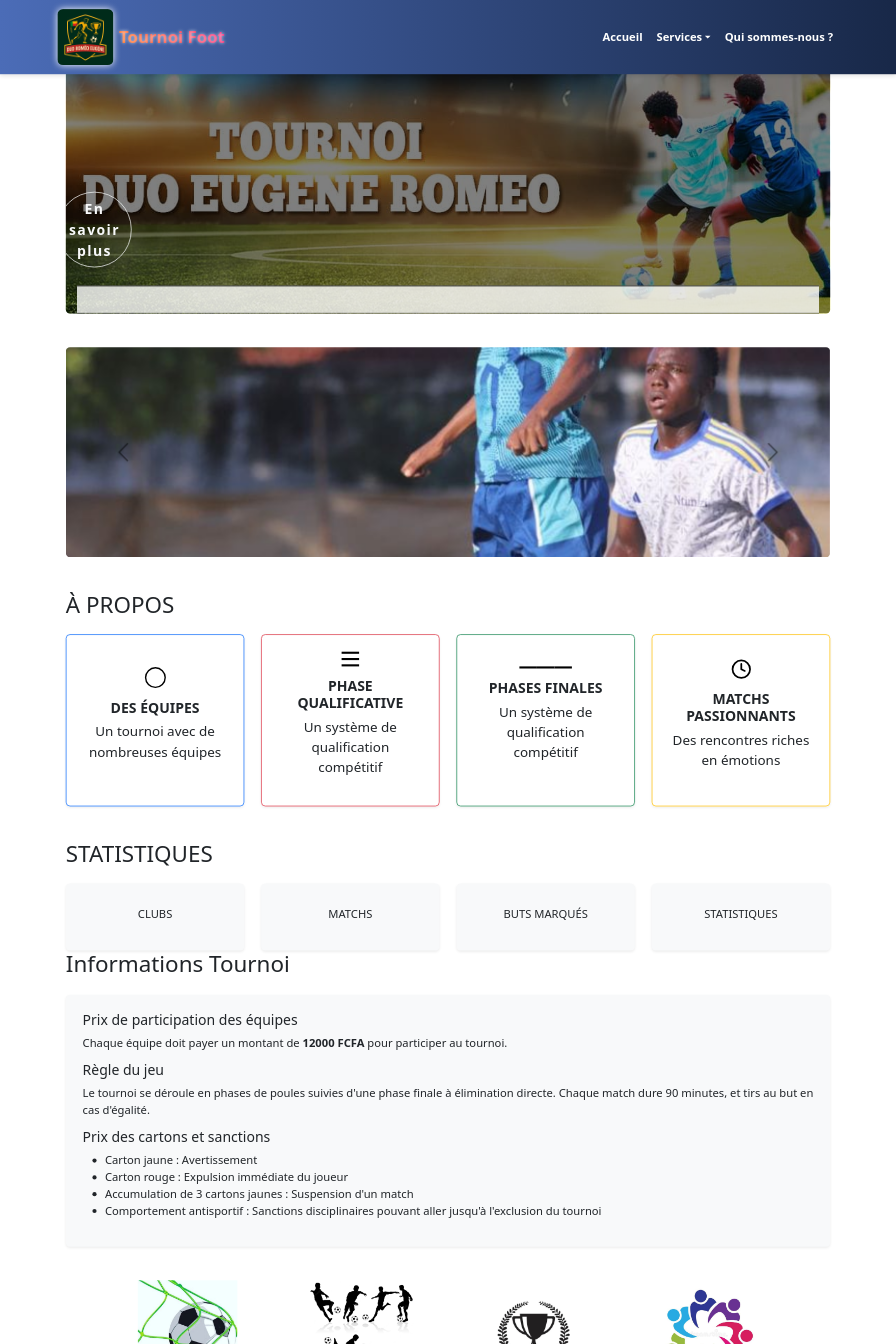
Repository: KILAYOSSI/tournoi_foot
Page: templates/pages/home.html.twig
An editor plug-in stored every save of this project. The page is shown before and after the next save, followed by the edit.
The browser window is 1280 px wide. The pictures show the part of the page from y = 0 to 1920 px (the page is 2731 px tall before and 2170 px after), at 70% of full size.
The page is a Twig template of a Symfony application; nobody is signed in and links lead nowhere. The template is opened directly, without the code that normally fills it, so the values that code supplies are empty.

Above is the page before, as saved 2025-06-27 00:40:57.

### templates/pages/home.html.twig
{% extends 'base.html.twig' %}

{% block title %}Accueil - Tournoi de Football Inter-Village{% endblock %}

{% block body %}
<div class="container my-5">
    <section class="hero-section position-relative rounded overflow-hidden mb-5" style="height: 400px; border-radius: 0.5rem; background: url('{{ asset('assets/WhatsApp Image 2025-06-25 à 09.55.04_cf4f687a.jpg') }}') center center / cover no-repeat;">
        <div class="overlay position-absolute top-0 start-0 w-100 h-100" style="background: rgba(0, 0, 0, 0.5);"></div>
<div class="hero-content position-relative h-100 d-flex flex-column justify-content-end align-items-center text-white text-center px-3">
    <a href="{{ path('about') }}" class="btn btn-outline-light btn-lg rounded-pill" style="font-weight: 700; letter-spacing: 0.1em; margin-right: 1010px; margin-top: -10px; margin-bottom: 10px;">En savoir plus</a>
    <div class="ticker-container mt-3 w-100" style="position: relative; background-color: rgba(255, 255, 255, 0.8); height: 40px; margin-top: 10px;">
        <div class="ticker-text">
            Le prix de participation du tournoi est de 12000 FCFA. &nbsp;&nbsp;&nbsp;
            Chaque équipe doit respecter les règles du jeu. &nbsp;&nbsp;&nbsp;
            Les matchs durent 90 minutes avec prolongations si nécessaire. &nbsp;&nbsp;&nbsp;
            Les cartons jaunes et rouges sont strictement appliqués. &nbsp;&nbsp;&nbsp;
            Le fair-play est essentiel pour le bon déroulement du tournoi. &nbsp;&nbsp;&nbsp;
        </div>
    </div>
</div>
    </section>

    <div id="carouselImages" class="carousel slide image-below-header rounded overflow-hidden mb-5" data-bs-ride="carousel" data-bs-interval="3000" style="height: 300px; overflow: hidden; border-radius: 0.5rem;">
        <div class="carousel-inner" style="height: 300px;">
            <div class="carousel-item active" style="height: 300px;">
                <img src="{{ asset('/assets/WhatsApp Image 2025-06-24 à 20.09.41_6bca5883.jpg') }}" class="d-block w-100" alt="Image 1" style="object-fit: cover; height: 300px;">
            </div>
            <div class="carousel-item" style="height: 300px;">
                <img src="{{ asset('/assets/WhatsApp Image 2025-06-02 à 13.04.59_20d5f18b.jpg') }}" class="d-block w-100" alt="Image 2" style="object-fit: cover; height: 300px;">
            </div>
            <div class="carousel-item" style="height: 300px;">
                <img src="{{ asset('/assets/WhatsApp Image 2025-06-02 à 13.04.59_9823f334.jpg') }}" class="d-block w-100" alt="Image 3" style="object-fit: cover; height: 300px;">
            </div>
        </div>
        <button class="carousel-control-prev" type="button" data-bs-target="#carouselImages" data-bs-slide="prev" style="filter: invert(1);">
            <span class="carousel-control-prev-icon" aria-hidden="true"></span>
            <span class="visually-hidden">Précédent</span>
        </button>
        <button class="carousel-control-next" type="button" data-bs-target="#carouselImages" data-bs-slide="next" style="filter: invert(1);">
            <span class="carousel-control-next-icon" aria-hidden="true"></span>
            <span class="visually-hidden">Suivant</span>
        </button>
    </div>

    <section class="mb-5">
        <h2 class="mb-4">À PROPOS</h2>
        <div class="row text-center g-4">
            <div class="col-md-3">
                <a href="{{ path('clubs_joueurs') }}" class="btn btn-outline-primary shadow-sm p-4 h-100 d-flex flex-column justify-content-center align-items-center text-decoration-none text-dark rounded" style="font-size: 1.2rem; border-radius: 1rem;">
                    <div class="mb-3 d-flex justify-content-center align-items-center" style="font-size: 30px;">
                        <span style="border: 2px solid black; border-radius: 50%; width: 30px; height: 30px; display: inline-block;"></span>
                    </div>
                    <h5 class="fw-bold">DES ÉQUIPES</h5>
                    <p>Un tournoi avec de nombreuses équipes</p>
                </a>
            </div>
            <div class="col-md-3">
                <a href="{{ path('phase_qualificative') }}" class="btn btn-outline-danger shadow-sm p-4 h-100 d-flex flex-column justify-content-center align-items-center text-decoration-none text-dark rounded" style="font-size: 1.2rem; border-radius: 1rem;">
                    <div class="mb-3 d-flex flex-column justify-content-center align-items-center" style="font-size: 30px; gap: 6px;">
                        <div style="width: 25px; height: 3px; background-color: black;"></div>
                        <div style="width: 25px; height: 3px; background-color: black;"></div>
                        <div style="width: 25px; height: 3px; background-color: black;"></div>
                    </div>
                    <h5 class="fw-bold">PHASE QUALIFICATIVE</h5>
                    <p>Un système de qualification compétitif</p>
                </a>
            </div>
            <div class="col-md-3">
                <a href="{{ path('phase_finale') }}" class="btn btn-outline-success shadow-sm p-4 h-100 d-flex flex-column justify-content-center align-items-center text-decoration-none text-dark rounded" style="font-size: 1.2rem; border-radius: 1rem;">
                    <div class="mb-3 d-flex justify-content-center align-items-center" style="font-size: 30px;">
                        <div style="width: 25px; height: 3px; background-color: black;"></div>
                        <div style="width: 25px; height: 3px; background-color: black;"></div>
                        <div style="width: 25px; height: 3px; background-color: black;"></div>
                    </div>
                    <h5 class="fw-bold">PHASES FINALES</h5>
                    <p>Un système de qualification compétitif</p>
                </a>
            </div>
            <div class="col-md-3">
                <a href="{{ path('calendrier') }}" class="btn btn-outline-warning shadow-sm p-4 h-100 d-flex flex-column justify-content-center align-items-center text-decoration-none text-dark rounded" style="font-size: 1.2rem; border-radius: 1rem;">
                    <div class="mb-3 d-flex justify-content-center align-items-center" style="font-size: 30px;">
                        <svg xmlns="http://www.w3.org/2000/svg" width="30" height="30" fill="none" stroke="black" stroke-width="2" stroke-linecap="round" stroke-linejoin="round" class="feather feather-clock" viewBox="0 0 24 24">
                            <circle cx="12" cy="12" r="10"></circle>
                            <polyline points="12 6 12 12 16 14"></polyline>
                        </svg>
                    </div>
                    <h5 class="fw-bold">MATCHS PASSIONNANTS</h5>
                    <p>Des rencontres riches en émotions</p>
                </a>
            </div>
        </div>
    </section>

    <section>
        <h2 class="mb-4">STATISTIQUES</h2>
        <div class="row text-center g-4">
            <div class="col-md-3">
                <div class="stat-card p-4 rounded shadow-sm bg-light number-font number-animated number-test">
                    <h3 class="fw-bold">{{ clubsCount }}</h3>
                    <p>CLUBS</p>
                </div>
            </div>
            <div class="col-md-3">
                <div class="stat-card p-4 rounded shadow-sm bg-light number-font number-animated number-test">
                    <h3 class="fw-bold">{{ matchsCount }}</h3>
                    <p>MATCHS</p>
                </div>
            </div>
            <div class="col-md-3">
                <div class="stat-card p-4 rounded shadow-sm bg-light number-font number-animated number-test">
                    <h3 class="fw-bold">{{ butsCount }}</h3>
                    <p>BUTS MARQUÉS</p>
                </div>
            </div>
            <div class="col-md-3">
                <div class="stat-card p-4 rounded shadow-sm bg-light number-font number-animated number-test">
                    <h3 class="fw-bold">{{ statistiquesCount }}</h3>
                    <p>STATISTIQUES</p>
                </div>
            </div>
        </div>
    </section>

    <section class="mb-5">
        <h2 class="mb-4">Informations Tournoi</h2>
        <div class="p-4 rounded shadow-sm bg-light">
            <h5>Prix de participation des équipes</h5>
            <p>Chaque équipe doit payer un montant de <strong>12000 FCFA</strong> pour participer au tournoi.</p>
            <h5>Règle du jeu</h5>
            <p>Le tournoi se déroule en phases de poules suivies d'une phase finale à élimination directe. Chaque match dure 90 minutes, et tirs au but en cas d'égalité.</p>
            <h5>Prix des cartons et sanctions</h5>
            <ul>
                <li>Carton jaune : Avertissement</li>
                <li>Carton rouge : Expulsion immédiate du joueur</li>
                <li>Accumulation de 3 cartons jaunes : Suspension d'un match</li>
                <li>Comportement antisportif : Sanctions disciplinaires pouvant aller jusqu'à l'exclusion du tournoi</li>
            </ul>
        </div>
    </section>

    <div class="container my-4">
        <div class="d-flex justify-content-center gap-5 flex-wrap text-center">
            <div class="icon-text" style="max-width: 200px;">
                <img src="{{ asset('assets/WhatsApp Image 2025-06-26 à 22.33.43_6d2c76fa.jpg') }}" alt="Icone 1" class="img-fluid mb-3" style="max-height: 150px; object-fit: contain;">
                <p>
                    Chaque pas vers l'avant est une victoire sur soi-même.<br>
                    La persévérance forge le caractère et ouvre les portes du succès.<br>
                    Crois en tes rêves, ils sont le moteur de ta destinée.<br>
                    L'effort d'aujourd'hui construit la force de demain.<br>
                    Ensemble, nous sommes plus forts et invincibles.
                </p>
            </div>
            <div class="icon-text" style="max-width: 200px;">
                <img src="{{ asset('assets/WhatsApp Image 2025-06-26 à 22.33.43_91d2cb3c.jpg') }}" alt="Icone 2" class="img-fluid mb-3" style="max-height: 150px; object-fit: contain;">
                <p>
                    La passion est la flamme qui éclaire notre chemin.<br>
                    Chaque défi est une opportunité de grandir.<br>
                    Le courage ne connaît pas de limites.<br>
                    Rêve grand, travaille dur, reste humble.<br>
                    Le succès appartient à ceux qui osent.
                </p>
            </div>
            <div class="icon-text" style="max-width: 200px;">
                <img src="{{ asset('assets/WhatsApp Image 2025-06-26 à 22.33.45_8dd9a1c0.jpg') }}" alt="Icone 3" class="img-fluid mb-3" style="max-height: 150px; object-fit: contain;">
                <p>
                    La détermination transforme les obstacles en opportunités.<br>
                    Chaque effort compte dans la quête de l'excellence.<br>
                    La discipline est la clé de la réussite durable.<br>
                    Ne jamais abandonner, toujours avancer.<br>
                    Le chemin est long, mais la récompense est immense.
                </p>
            </div>
            <div class="icon-text" style="max-width: 200px;">
                <img src="{{ asset('assets/WhatsApp Image 2025-06-25 à 00.20.17_b34a09f6.jpg') }}" alt="Icone 4" class="img-fluid mb-3" style="max-height: 150px; object-fit: contain;">
                <p>
                    L'unité fait la force de toute équipe.<br>
                    Ensemble, nous surmontons tous les défis.<br>
                    Le respect et l'esprit sportif guident nos actions.<br>
                    Chaque victoire est le fruit d'un travail collectif.<br>
                    Continuons à avancer, main dans la main.
                </p>
            </div>
        </div>
    </div>
</div>
{% endblock %}

### public/css/style.css
/* Style CSS with hover effect green, enlarged statistics title and numbers */

.navbar-nav .nav-link.dropdown-toggle.fs-4.fw-bold.text-danger {
    color: #28a745 !important; /* green color */
}

.navbar-nav .dropdown-menu {
    border: 2px solid #28a745 !important; /* green border */
}

.navbar-nav .nav-link.statistiques-link {
    font-size: 1.2rem;
    font-weight: bold;
    color: #28a745 !important;
}

.cartons-table tbody tr:hover {
    transform: translateY(-5px);
    background-color: #d4edda; /* light green background on hover */
}

h1.text-center.mb-4.fw-bold {
    font-size: 2.5rem !important; /* enlarged title */
    color: #28a745 !important;
}

/* Additional styling for footer */
footer.bg-dark.text-white.text-center.py-5 {
    font-size: 1.1rem;
}

/* Add any other styles you remember from your modifications here */

### public/css/custom_home.css
.custom-margin {
    margin-right: 20px !important;
    float: left !important;
}

.margin-right-only {
    margin-right: 20px !important;
}

/* Styles pour le ticker d'informations défilantes */
.ticker-container {
    width: 100%;
    overflow: hidden;
    background-color: transparent;
    border-top: 1px solid #000;
    border-bottom: 1px solid #000;
    padding: 10px 0;
    box-sizing: border-box;
    position: relative;
    height: 30px;
}

.ticker-text {
    display: inline-block;
    white-space: nowrap;
    color: black;
    font-size: 1rem;
    position: absolute;
    will-change: transform;
    animation: ticker-scroll 15s linear infinite;
}

@keyframes ticker-scroll {
    0% {
        transform: translateX(100%);
    }
    100% {
        transform: translateX(-100%);
    }
}

Loaded but not shown: templates/base.html.twig (88 lines, source omitted)

After the next save:
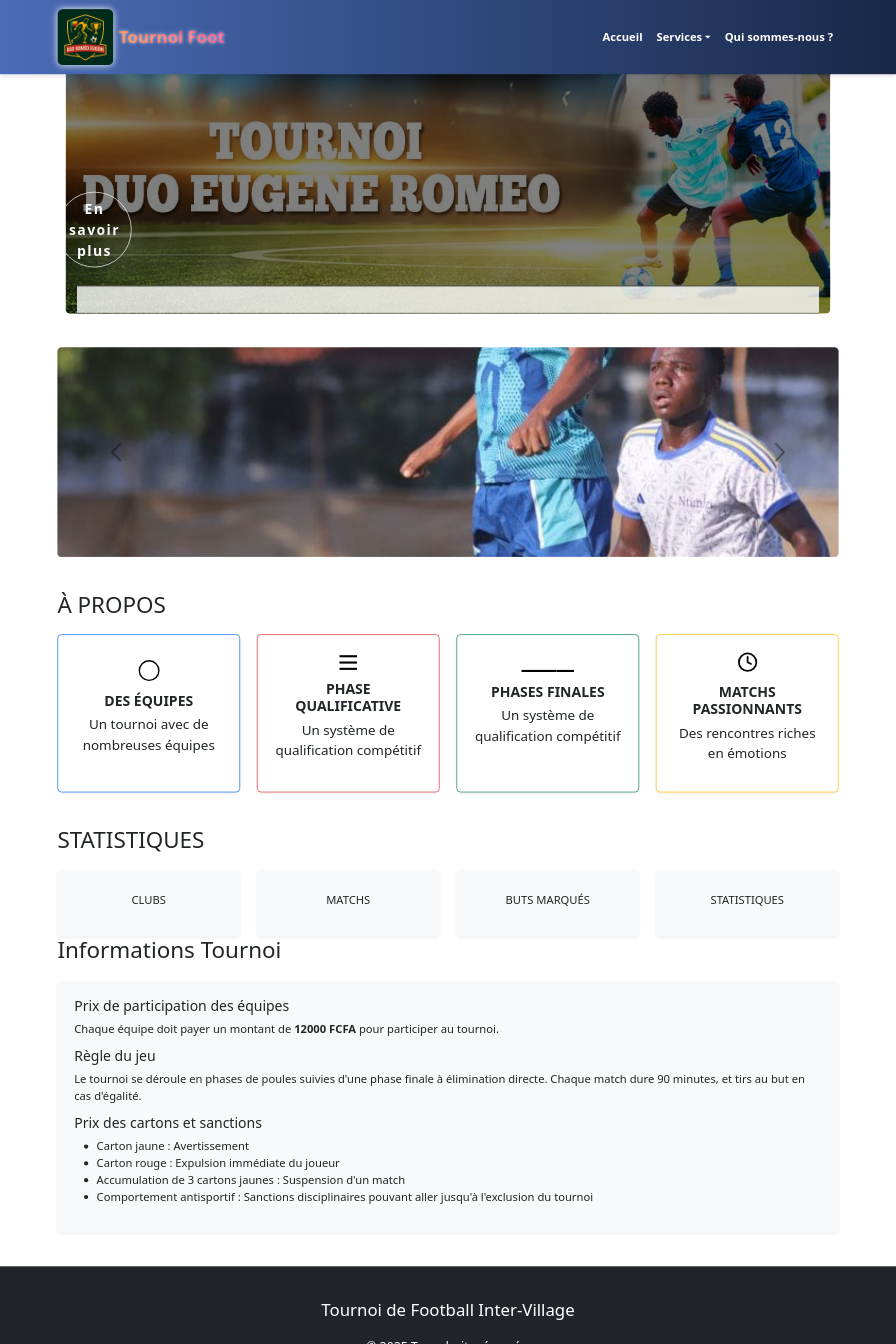
Saved 106 s later.
--- a/templates/pages/home.html.twig
+++ b/templates/pages/home.html.twig
@@ -15,6 +15,51 @@
             Les matchs durent 90 minutes avec prolongations si nécessaire. &nbsp;&nbsp;&nbsp;
             Les cartons jaunes et rouges sont strictement appliqués. &nbsp;&nbsp;&nbsp;
             Le fair-play est essentiel pour le bon déroulement du tournoi. &nbsp;&nbsp;&nbsp;
+        </div>
+    </div>
+</div>
+<div class="container my-4">
+        <div class="d-flex justify-content-center gap-5 flex-wrap text-center">
+            <div class="icon-text" style="max-width: 200px;">
+                <img src="{{ asset('assets/WhatsApp Image 2025-06-26 à 22.33.43_6d2c76fa.jpg') }}" alt="Icone 1" class="img-fluid mb-3" style="max-height: 150px; object-fit: contain;">
+                <p>
+                    Chaque pas vers l'avant est une victoire sur soi-même.<br>
+                    La persévérance forge le caractère et ouvre les portes du succès.<br>
+                    Crois en tes rêves, ils sont le moteur de ta destinée.<br>
+                    L'effort d'aujourd'hui construit la force de demain.<br>
+                    Ensemble, nous sommes plus forts et invincibles.
+                </p>
+            </div>
+            <div class="icon-text" style="max-width: 200px;">
+                <img src="{{ asset('assets/WhatsApp Image 2025-06-26 à 22.33.43_91d2cb3c.jpg') }}" alt="Icone 2" class="img-fluid mb-3" style="max-height: 150px; object-fit: contain;">
+                <p>
+                    La passion est la flamme qui éclaire notre chemin.<br>
+                    Chaque défi est une opportunité de grandir.<br>
+                    Le courage ne connaît pas de limites.<br>
+                    Rêve grand, travaille dur, reste humble.<br>
+                    Le succès appartient à ceux qui osent.
+                </p>
+            </div>
+            <div class="icon-text" style="max-width: 200px;">
+                <img src="{{ asset('assets/WhatsApp Image 2025-06-26 à 22.33.45_8dd9a1c0.jpg') }}" alt="Icone 3" class="img-fluid mb-3" style="max-height: 150px; object-fit: contain;">
+                <p>
+                    La détermination transforme les obstacles en opportunités.<br>
+                    Chaque effort compte dans la quête de l'excellence.<br>
+                    La discipline est la clé de la réussite durable.<br>
+                    Ne jamais abandonner, toujours avancer.<br>
+                    Le chemin est long, mais la récompense est immense.
+                </p>
+            </div>
+            <div class="icon-text" style="max-width: 200px;">
+                <img src="{{ asset('assets/WhatsApp Image 2025-06-25 à 00.20.17_b34a09f6.jpg') }}" alt="Icone 4" class="img-fluid mb-3" style="max-height: 150px; object-fit: contain;">
+                <p>
+                    L'unité fait la force de toute équipe.<br>
+                    Ensemble, nous surmontons tous les défis.<br>
+                    Le respect et l'esprit sportif guident nos actions.<br>
+                    Chaque victoire est le fruit d'un travail collectif.<br>
+                    Continuons à avancer, main dans la main.
+                </p>
+            </div>
         </div>
     </div>
 </div>
@@ -138,49 +183,5 @@
         </div>
     </section>
 
-    <div class="container my-4">
-        <div class="d-flex justify-content-center gap-5 flex-wrap text-center">
-            <div class="icon-text" style="max-width: 200px;">
-                <img src="{{ asset('assets/WhatsApp Image 2025-06-26 à 22.33.43_6d2c76fa.jpg') }}" alt="Icone 1" class="img-fluid mb-3" style="max-height: 150px; object-fit: contain;">
-                <p>
-                    Chaque pas vers l'avant est une victoire sur soi-même.<br>
-                    La persévérance forge le caractère et ouvre les portes du succès.<br>
-                    Crois en tes rêves, ils sont le moteur de ta destinée.<br>
-                    L'effort d'aujourd'hui construit la force de demain.<br>
-                    Ensemble, nous sommes plus forts et invincibles.
-                </p>
-            </div>
-            <div class="icon-text" style="max-width: 200px;">
-                <img src="{{ asset('assets/WhatsApp Image 2025-06-26 à 22.33.43_91d2cb3c.jpg') }}" alt="Icone 2" class="img-fluid mb-3" style="max-height: 150px; object-fit: contain;">
-                <p>
-                    La passion est la flamme qui éclaire notre chemin.<br>
-                    Chaque défi est une opportunité de grandir.<br>
-                    Le courage ne connaît pas de limites.<br>
-                    Rêve grand, travaille dur, reste humble.<br>
-                    Le succès appartient à ceux qui osent.
-                </p>
-            </div>
-            <div class="icon-text" style="max-width: 200px;">
-                <img src="{{ asset('assets/WhatsApp Image 2025-06-26 à 22.33.45_8dd9a1c0.jpg') }}" alt="Icone 3" class="img-fluid mb-3" style="max-height: 150px; object-fit: contain;">
-                <p>
-                    La détermination transforme les obstacles en opportunités.<br>
-                    Chaque effort compte dans la quête de l'excellence.<br>
-                    La discipline est la clé de la réussite durable.<br>
-                    Ne jamais abandonner, toujours avancer.<br>
-                    Le chemin est long, mais la récompense est immense.
-                </p>
-            </div>
-            <div class="icon-text" style="max-width: 200px;">
-                <img src="{{ asset('assets/WhatsApp Image 2025-06-25 à 00.20.17_b34a09f6.jpg') }}" alt="Icone 4" class="img-fluid mb-3" style="max-height: 150px; object-fit: contain;">
-                <p>
-                    L'unité fait la force de toute équipe.<br>
-                    Ensemble, nous surmontons tous les défis.<br>
-                    Le respect et l'esprit sportif guident nos actions.<br>
-                    Chaque victoire est le fruit d'un travail collectif.<br>
-                    Continuons à avancer, main dans la main.
-                </p>
-            </div>
-        </div>
-    </div>
-</div>
+
 {% endblock %}
